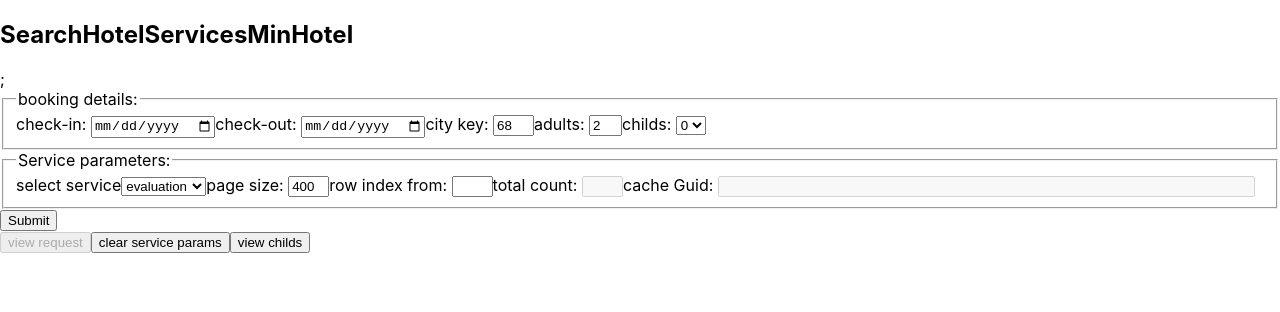
Repository: vsterev/il-test
Page: /min-price
The author's editor kept a copy of each file at every save. The page is drawn from the files as they stood at one save, then again after the next save.
The browser window is 1280 px wide. The pictures show the whole page.
The project was rebuilt for these pictures with package versions that can differ from the ones it lists, and the page was loaded fresh each time. A package was used in the major version that the imports need, not the one package.json lists. Also part of the build but not shown: src/components/error/index.jsx.

Above is the page before, as saved 2021-04-28 14:05:24.

### src/index.js
import React from 'react';
import ReactDOM from 'react-dom';
import './index.css';
// import App from './App';
import reportWebVitals from './reportWebVitals';
// import MinPrice from './components/minPrice';
import Navigation from './navigation';

ReactDOM.render(
  <React.StrictMode>
    {/* <App /> */}
    {/* <MinPrice /> */}
    <Navigation />
  </React.StrictMode>,
  document.getElementById('root')
);

// If you want to start measuring performance in your app, pass a function
// to log results (for example: reportWebVitals(console.log))
// or send to an analytics endpoint. Learn more: https://bit.ly/CRA-vitals
reportWebVitals();

### src/navigation.jsx
import React from 'react';
import { Switch, BrowserRouter, Route, Redirect } from 'react-router-dom';
import MinPrice from './components/minPrice';
import Error from './components/error';
const Navigation = () => {
  return (
    <BrowserRouter>
      <Switch>
        <Route path="/min-price" render={() => <MinPrice />} />
        <Route path="*" render={() => <Error msg="Page not Found - 404" />} />
      </Switch>
    </BrowserRouter>
  );
};
export default Navigation;

### src/components/minPrice/index.jsx
import React, { useState } from 'react';
import InterLookServices from '../../services/inLook';
const MinPrice = () => {
  const [details, setDetails] = useState({
    checkIn: '',
    checkOut: '',
    cityKey: '68',
    pageSize: '400',
    rowIndexFrom: '',
    cacheGuid: '',
    serviceType: 'eval',
    adults: '2',
    children: [],
  });
  const [childsNum, setChildsNum] = useState('0');
  const checkInSet = (e) => {
    e.preventDefault();
    setDetails({ ...details, checkIn: e.target.value, checkOut: e.target.value });
  };
  const [prices, setPrices] = useState([]);
  const [request, setRequest] = useState({ view: false, result: '' });
  const [totalCount, setTotalCount] = useState('');
  const serviceReset = () => {
    setDetails({ ...details, cacheGuid: '', rowIndexFrom: '' });
    setTotalCount('');
    setPrices([]);
    setRequest('');
  };
  function childrenAgesRender(num) {
    for (let i = 0; i < +num; i++) {
      return (
        <div>{i}</div>
        // <input
        //   type="text"
        //   value={details.children[i]}
        //   onChange={(e) => setDetails({ ...details, children: details.children.push(e.targeet.value) })}
        // />
      );
    }
  }
  const submitHandler = (e) => {
    e.preventDefault();
    console.log(details);
    InterLookServices.minPrices({
      checkIn: details.checkIn,
      checkOut: details.checkOut,
      pageSize: details.pageSize,
      cityKey: details.cityKey,
      rowIndexFrom: details.rowIndexFrom,
      cacheGuid: details.cacheGuid,
      serviceType: details.serviceType,
      adults: details.adults,
      children: details.children,
    })
      .then((result) => {
        // setPrices([result.a]);
        console.log(result);
        setRequest({ view: true, result: result.requeststr });
        setPrices([...prices, ...result.arrPrices]);
        setDetails({ ...details, cacheGuid: result.cacheGuid, rowIndexFrom: result.totalCount });
        setTotalCount(result.totalCount);

        // setDetails({ ...details, cacheGuid: result.cacheGuid });
        // setDetails({ ...details, rowIndexFrom: result.rowIndexFrom });
      })
      .catch(console.log);
  };
  return (
    <React.Fragment>
      <h2>SearchHotelServicesMinHotel</h2>;
      <form onSubmit={submitHandler}>
        <fieldset>
          <legend>booking details:</legend>
          <label htmlFor="checkIn">check-in: </label>
          <input type="date" id="checkIn" value={details.checkIn} onChange={checkInSet}></input>
          <label htmlFor="checkOut">check-out: </label>
          <input
            type="date"
            id="checkOut"
            value={details.checkOut}
            onChange={(e) => setDetails({ ...details, checkOut: e.target.value })}></input>
          <label htmlFor="cityKey">city key: </label>
          <input
            type="text"
            id="cityKey"
            size="2"
            value={details.cityKey}
            onChange={(e) => setDetails({ ...details, cityKey: e.target.value })}
          />
          <label htmlFor="adults">adults: </label>
          <input
            type="text"
            id="adults"
            size="1"
            value={details.adults}
            onChange={(e) => setDetails({ ...details, adults: e.target.value })}
          />
          <label htmlFor="childsNum">childs: </label>
          <select value={childsNum} id="childsNum" onChange={(e) => setChildsNum(e.target.value)}>
            <option value="0">0</option>
            <option value="1">1</option>
            <option value="2">2</option>
          </select>
          {childsNum !== '0' && childrenAgesRender(2)}
        </fieldset>
        <fieldset>
          <legend>Service parameters:</legend>
          <label htmlFor="service">select service</label>
          <select
            id="service"
            onChange={(e) => setDetails({ ...details, serviceType: e.target.value })}
            value={details.service}>
            <option value="eval">evaluation</option>
            <option value="prod">production</option>
          </select>
          <label htmlFor="pageSize">page size: </label>
          <input
            type="text"
            id="pageSize"
            size="2"
            value={details.pageSize}
            onChange={(e) => setDetails({ ...details, pageSize: e.target.value })}
          />
          <label htmlFor="rowIndexFrom">row index from: </label>
          <input
            id="rowIndexFrom"
            type="text"
            value={details.rowIndexFrom}
            size="2"
            onChange={(e) => setDetails({ ...details, rowIndexFrom: e.target.value })}
          />
          <label htmlFor="totalCount">total count: </label>
          <input
            type="text"
            value={totalCount}
            disabled
            size="2"
            // onChange={(e) => setDetails({ ...details, rowIndexFrom: e.target.value })}
          />
          <label htmlFor="cacheGuid">cache Guid: </label>
          <input
            type="text"
            id="cacheGuid"
            value={details.cacheGuid}
            disabled
            size="64"
            onChange={(e) => setDetails({ ...details, cacheGuid: e.target.value })}
          />
        </fieldset>
        <button>Submit</button>
      </form>
      <button onClick={() => console.log(request.result)} disabled={!request.view}>
        view request
      </button>
      <button onClick={serviceReset}>clear service params</button>
      <button onClick={() => console.log(childsNum)}>view childs</button>
      {/* {!!request && <div>request: {request}</div>} */}
      {!!prices &&
        prices.map((el, i) => {
          return (
            <div key={i}>
              {i + 1}, {el.id}, {el.hotel}, {el.roomType}, {el.accommodation}, {el.price}{' '}
            </div>
          );
        })}
    </React.Fragment>
  );
};
export default MinPrice;

### src/services/inLook.js
const InterlookServices = {
  minPrices: (data) => {
    return fetch(`http://localhost:4000/il/min-price`, {
      body: JSON.stringify(data),
      method: 'POST',
      headers: { 'Content-type': 'application/json' },
    })
      .then((res) => res.json())
      .catch((e) => console.error(e));
  },
};
export default InterlookServices;

Loaded but not shown: public/index.html (common file); src/index.css (common file); src/reportWebVitals.js (common file)

After the next save:
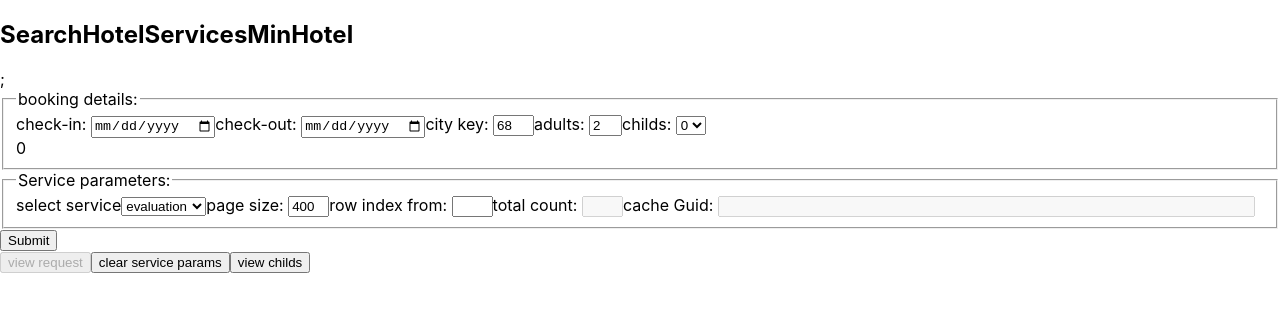
Saved 16 s later.
--- a/src/components/minPrice/index.jsx
+++ b/src/components/minPrice/index.jsx
@@ -101,7 +101,7 @@ const MinPrice = () => {
             <option value="1">1</option>
             <option value="2">2</option>
           </select>
-          {childsNum !== '0' && childrenAgesRender(2)}
+          {childrenAgesRender(2)}
         </fieldset>
         <fieldset>
           <legend>Service parameters:</legend>

After the save that followed:
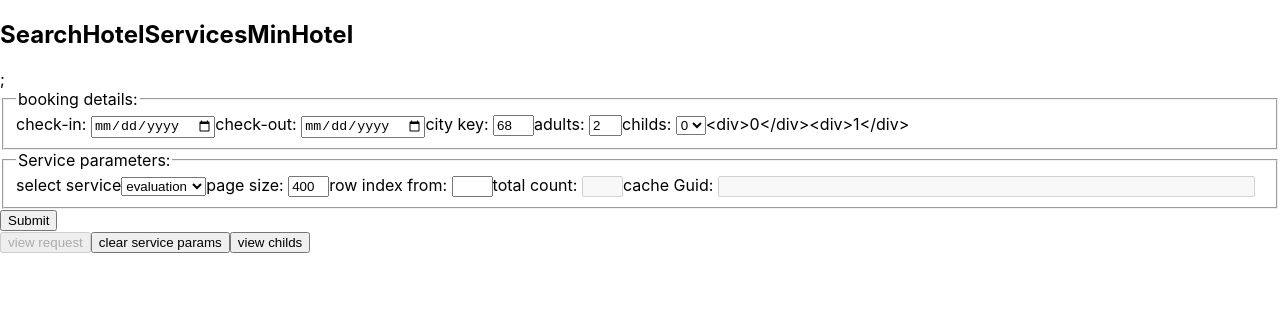
Saved 7 min 44 s later.
--- a/src/components/minPrice/index.jsx
+++ b/src/components/minPrice/index.jsx
@@ -27,16 +27,16 @@ const MinPrice = () => {
     setRequest('');
   };
   function childrenAgesRender(num) {
+    let html = '';
     for (let i = 0; i < +num; i++) {
-      return (
-        <div>{i}</div>
-        // <input
-        //   type="text"
-        //   value={details.children[i]}
-        //   onChange={(e) => setDetails({ ...details, children: details.children.push(e.targeet.value) })}
-        // />
-      );
+      html += `<div>${i}</div>`;
+      // <input
+      //   type="text"
+      //   value={details.children[i]}
+      //   onChange={(e) => setDetails({ ...details, children: details.children.push(e.targeet.value) })}
+      // />
     }
+    return html;
   }
   const submitHandler = (e) => {
     e.preventDefault();
